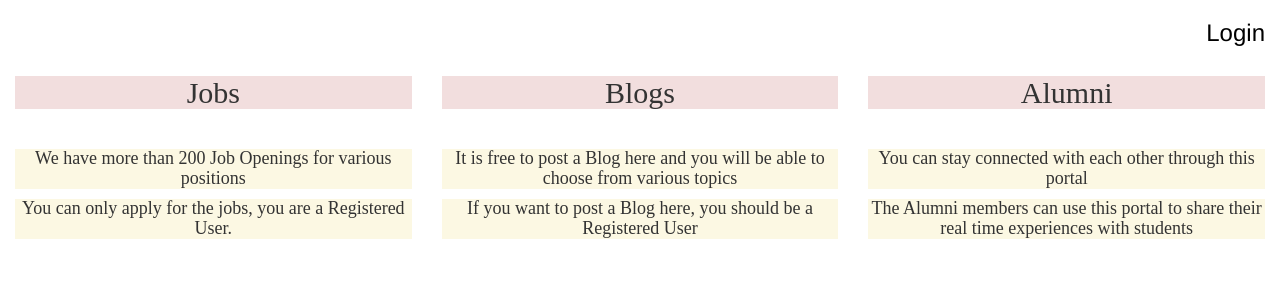
Repository: KaustubhKamat/CollaborationPlatform
Page: CollaborationFrontEnd/WebContent/c_common/Home.html
The author's editor kept a copy of each file at every save. The page is drawn from the files as they stood at one save, then again after the next save.
The browser window is 1280 px wide. The pictures show the whole page.
Some web libraries are served in a nearby version.

Above is the page before, as saved 2017-03-09 14:22:17.

### CollaborationFrontEnd/WebContent/c_common/Home.html
<!DOCTYPE html>
<html>
<head>
<meta charset="ISO-8859-1">
<title>Insert title here</title>
<meta name="viewport" content="width=device-width, initial-scale=1">
<link rel="stylesheet" href="https://maxcdn.bootstrapcdn.com/bootstrap/3.3.7/css/bootstrap.min.css">
  <script src="https://ajax.googleapis.com/ajax/libs/jquery/3.1.1/jquery.min.js"></script>
  <script src="https://maxcdn.bootstrapcdn.com/bootstrap/3.3.7/js/bootstrap.min.js"></script>
<style>
h2 {
	text-align: center;
	font-family: cursive;
}

h4 {
	text-align: center;
	font-family: cursive;
}
body {
	background: linear-gradient(white)
}

h3 {
	text-align: right;
}

a {
	color: black;
}
</style>

</head>
<body ng-app="">


<div ng-controller="UserController as ctrl">

<!-- <div class="nav navbar-nav navbar-right">
<a href="#" ng-click="ctrl.myprofile()"> My Profile</a>
</div> -->


<div class="container-fluid">
<div class="nav navbar-nav navbar-left"></div>
<h3><a href="#/login">Login</a></h3>
</div>
</div>


	<div class="column">
		<div class="col-sm-4">
			<h2 class="bg-danger">Jobs</h2>
			<img ng-src="resources/Images/job.jpg"></img>
			<h4 class="hidden-md bg-warning">We have more than 200 Job
				Openings for various positions</h4>
			<h4 class="hidden-md bg-warning">You can only apply for the
				jobs, you are a Registered User.</h4>
		</div>

		<div class="col-sm-4">
			<h2 class="bg-danger">Blogs</h2>
			<img ng-src="resources/Images/blog.jpg"></img>
			<h4 class="hidden-md bg-warning">It is free to post a Blog here
				and you will be able to choose from various topics</h4>
			<h4 class="hidden-md bg-warning">If you want to post a Blog
				here, you should be a Registered User</h4>
		</div>

		<div class="col-sm-4">
			<h2 class="bg-danger">Alumni</h2>
			<img ng-src="resources/Images/alumni1.jpg"></img>
			<h4 class="hidden-md bg-warning">You can stay connected with
				each other through this portal</h4>
			<h4 class="hidden-md bg-warning">The Alumni members can use this
				portal to share their real time experiences with students</h4>
		</div>
	</div>



	<div ng-include="'c_common/Footer.html'"></div>





</body>
</html>

After the next save:
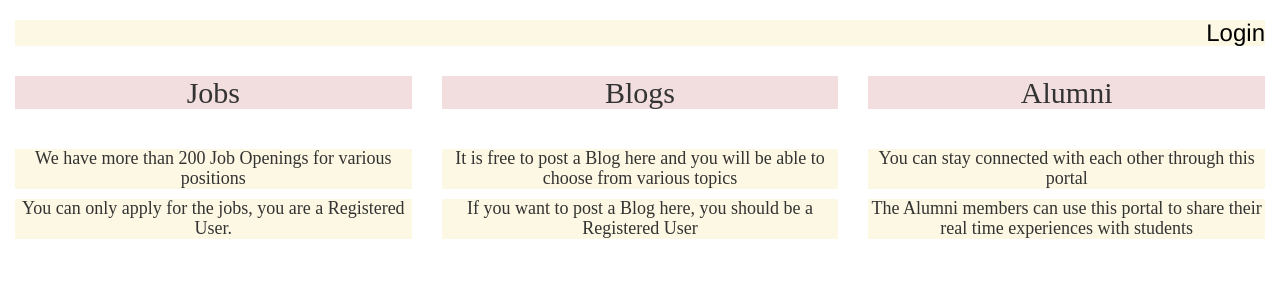
Saved 47 s later.
--- a/CollaborationFrontEnd/WebContent/c_common/Home.html
+++ b/CollaborationFrontEnd/WebContent/c_common/Home.html
@@ -43,7 +43,7 @@
 
 <div class="container-fluid">
 <div class="nav navbar-nav navbar-left"></div>
-<h3><a href="#/login">Login</a></h3>
+<h3 class="hidden-md bg-warning"><a href="#/login">Login</a></h3>
 </div>
 </div>
 

After the save that followed:
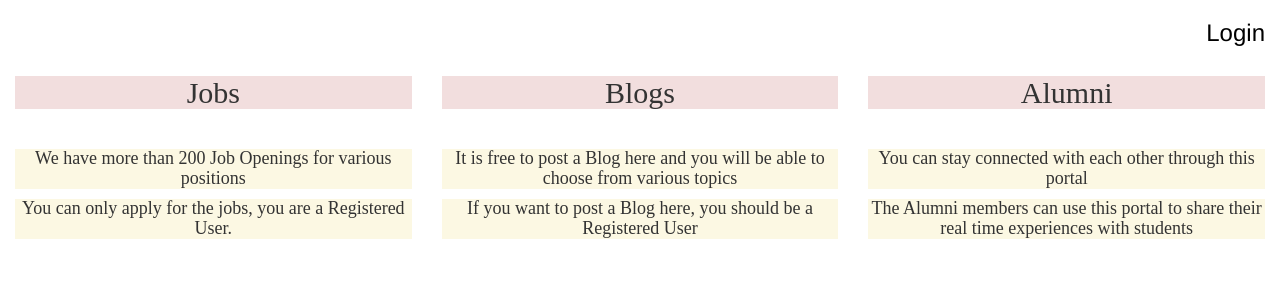
Saved 19 s later.
--- a/CollaborationFrontEnd/WebContent/c_common/Home.html
+++ b/CollaborationFrontEnd/WebContent/c_common/Home.html
@@ -43,7 +43,7 @@
 
 <div class="container-fluid">
 <div class="nav navbar-nav navbar-left"></div>
-<h3 class="hidden-md bg-warning"><a href="#/login">Login</a></h3>
+<h3><a href="#/login">Login</a></h3>
 </div>
 </div>
 
